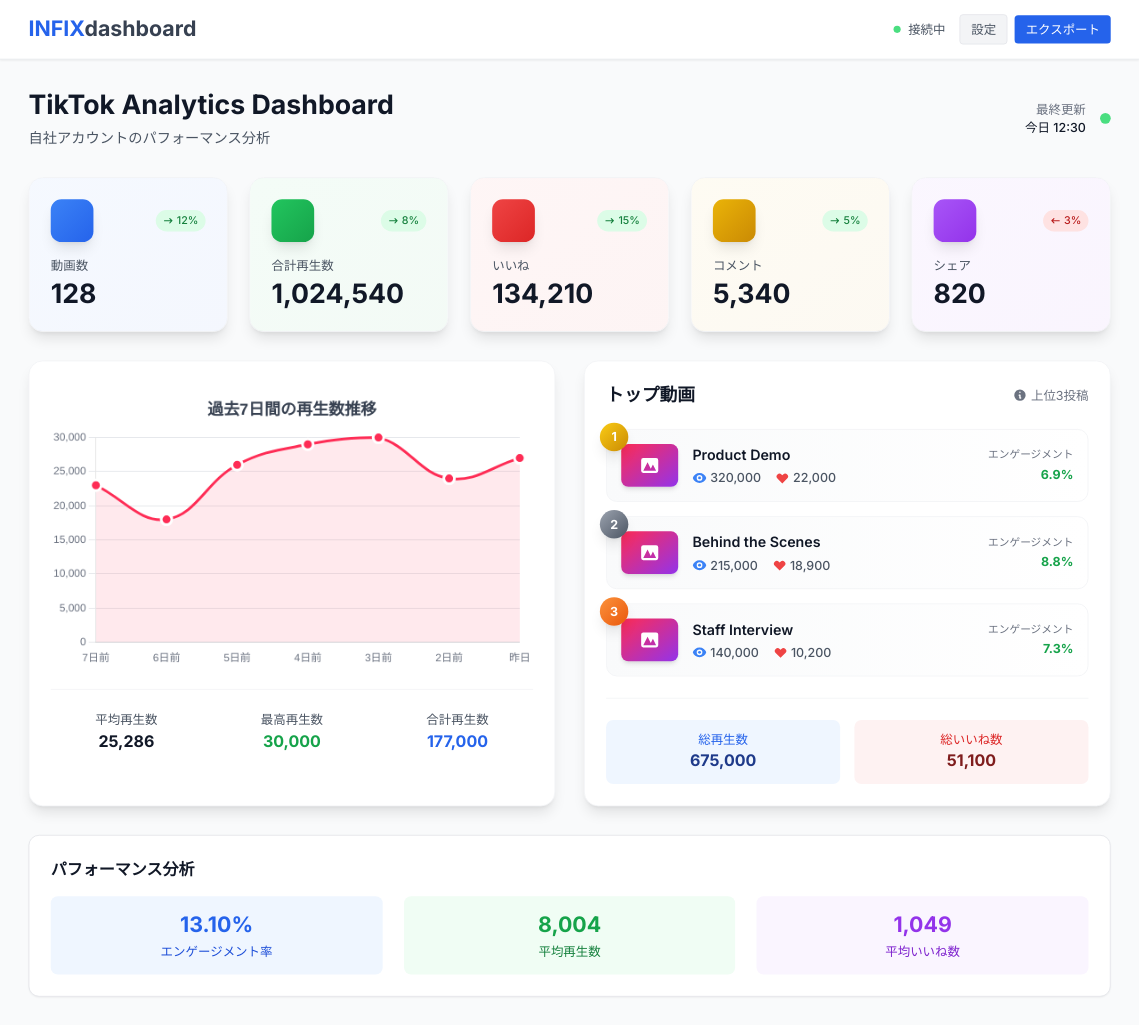
Repository: masayasusuzuki/LogicaMarketingTool
Page: /dashboard
The author's editor kept a copy of each file at every save. The page is drawn from the files as they stood at one save, then again after the next save.
The browser window is 1280 px wide. The pictures show the whole page, at 89% of full size.
The project was rebuilt for these pictures with package versions that can differ from the ones it lists, and the page was loaded fresh each time. The framework's server and built-in components were replaced by stand-ins that run in the browser. Also part of the build but not shown: next.config.js.

Above is the page before, as saved 2025-08-07 12:32:44.

After the next save:
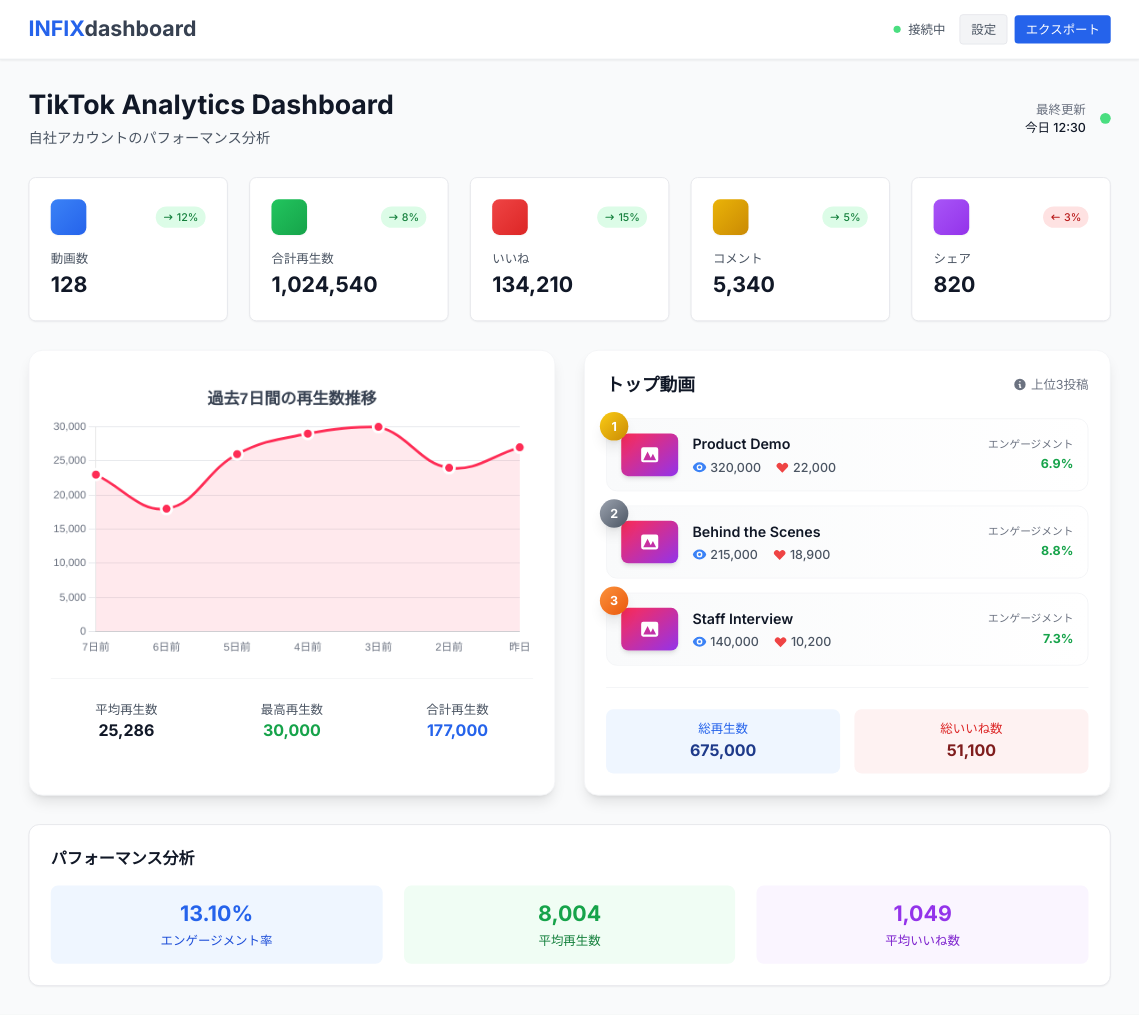
Saved 24 s later.
--- a/src/components/KPICard.tsx
+++ b/src/components/KPICard.tsx
@@ -11,14 +11,11 @@
 
 export default function KPICard({ title, value, icon, color, trend }: KPICardProps) {
   return (
-    <div className="group relative bg-white rounded-2xl shadow-lg hover:shadow-xl transition-all duration-300 overflow-hidden border border-gray-100">
-      {/* グラデーション背景 */}
-      <div className={`absolute inset-0 bg-gradient-to-br ${color} opacity-5 group-hover:opacity-10 transition-opacity duration-300`}></div>
-
-      <div className="relative p-6">
+    <div className="group relative bg-white rounded-lg shadow-sm hover:shadow-md transition-all duration-200 overflow-hidden border border-gray-200">
+      <div className="p-6">
         <div className="flex items-center justify-between mb-4">
-          <div className={`w-12 h-12 rounded-xl bg-gradient-to-br ${color} flex items-center justify-center shadow-lg`}>
-            <div className="text-white text-xl">
+          <div className={`w-10 h-10 rounded-lg bg-gradient-to-br ${color} flex items-center justify-center shadow-sm`}>
+            <div className="text-white text-lg">
               {icon}
             </div>
           </div>
@@ -39,13 +36,10 @@
 
         <div>
           <p className="text-sm font-medium text-gray-600 mb-1">{title}</p>
-          <p className="text-3xl font-bold text-gray-900">
+          <p className="text-2xl font-bold text-gray-900">
             {typeof value === 'number' ? value.toLocaleString() : value}
           </p>
         </div>
-
-        {/* ホバー時の装飾 */}
-        <div className={`absolute bottom-0 left-0 right-0 h-1 bg-gradient-to-r ${color} transform scale-x-0 group-hover:scale-x-100 transition-transform duration-300`}></div>
       </div>
     </div>
   );
